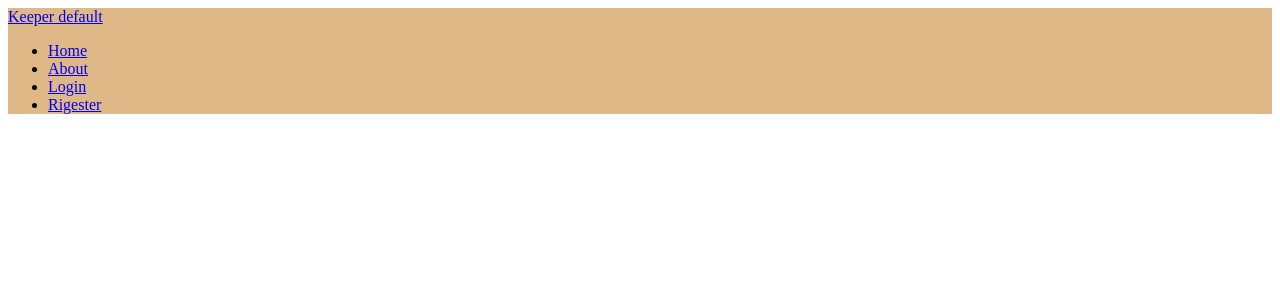
Repository: 3bdulrahman/contact-keeper
Page: / (app in client/)
The author's editor kept a copy of each file at every save. The page is drawn from the files as they stood at one save, then again after the next save.
The browser window is 1280 px wide. The pictures show the whole page.
The project was rebuilt for these pictures with package versions that can differ from the ones it lists, and the page was loaded fresh each time.

Above is the page before, as saved 2020-03-29 20:36:45.

### client/src/App.js
import React from 'react';
import Navbar from './components/layout/Navbar'
import './App.css'
const  App = ()=> {

  return (
    <div className="App">
         <Navbar   />
    </div>
  );
}

export default App;

### client/src/components/layout/Navbar.js
import React from 'react'
import PropTypes from 'prop-types'

 const Navbar = ({title}) => {
    return (
        <nav class="navbar navbar-default">
        <div class="container-fluid">
          <div class="navbar-header">
            <a class="navbar-brand" href="#">{title}</a>
          </div>
          <ul class="nav navbar-nav">
            <li class="active"><a href="#">Home</a></li>
            <li><a href="#">About</a></li>
            <li><a href="#">Login</a></li>
            <li><a href="#">Rigester</a></li>
          </ul>
        </div>
      </nav>
    )
}

Navbar.propTypes= {
     title:PropTypes.string.isRequired
}
Navbar.defaultProps = {
     title:'Keeper default '
}

export default Navbar

### client/src/App.css
.navbar-default{
     background-color:burlywood
}
.navbar-default .navbar-nav>.active>a, .navbar-default .navbar-nav>.active>a:focus, .navbar-default .navbar-nav>.active>a:hover {
     background-color:none
}

Loaded but not shown: client/src/index.js (common file)

After the next save:
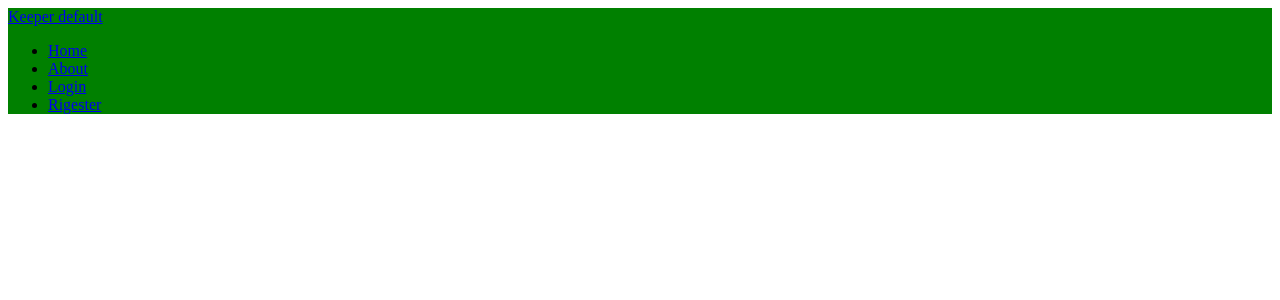
Saved 20 s later.
--- a/client/src/App.css
+++ b/client/src/App.css
@@ -1,6 +1,6 @@
 .navbar-default{
-     background-color:burlywood
+     background-color:green
 }
 .navbar-default .navbar-nav>.active>a, .navbar-default .navbar-nav>.active>a:focus, .navbar-default .navbar-nav>.active>a:hover {
-     background-color:none
+     background-color:green
 }
